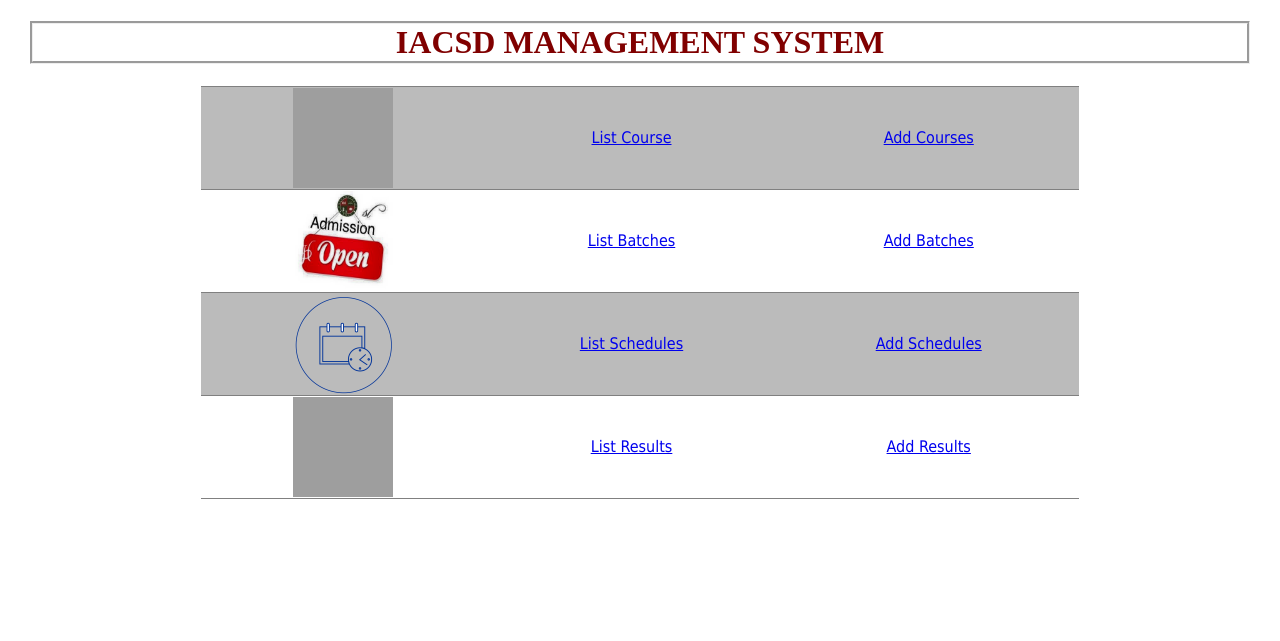
Repository: vsc8791/IMS
Page: http://localhost/web-customer-tracker/
The author's editor kept a copy of each file at every save. The page is drawn from the files as they stood at one save, then again after the next save.
The browser window is 1280 px wide. The pictures show the whole page.
Pictures or frames that could not be fetched are drawn as grey boxes. The page is served by Tomcat 9.

Above is the page before, as saved 2018-07-29 08:49:14.

After the next save:
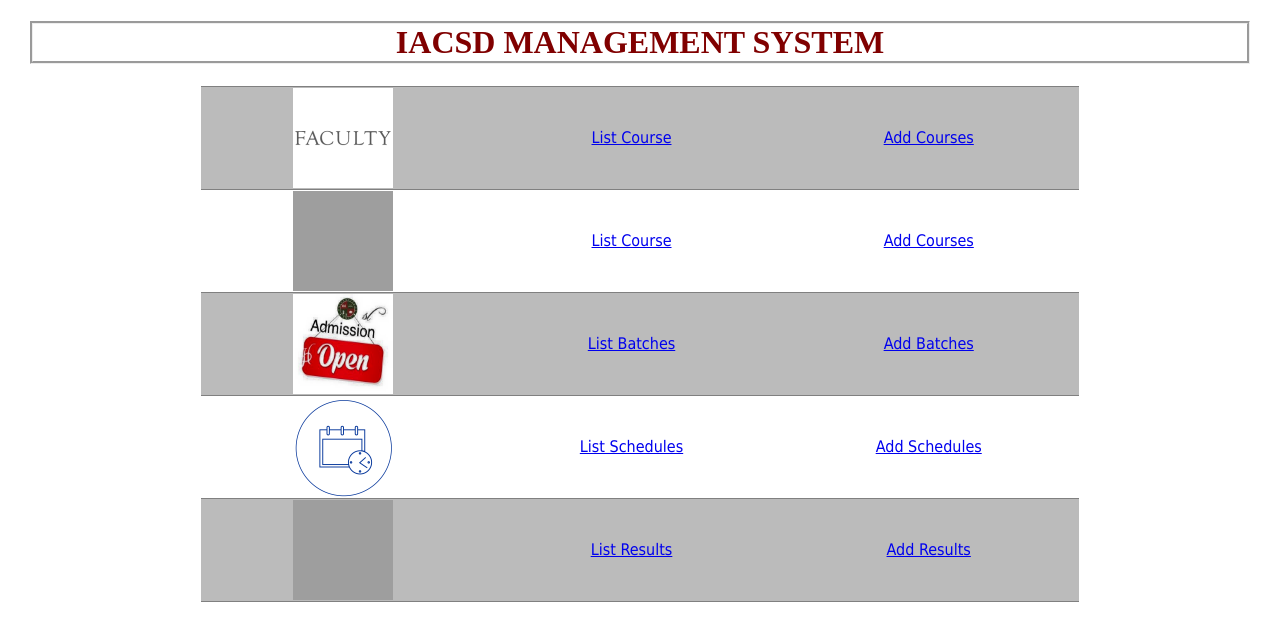
Saved 4 min 58 s later.
--- a/web-customer-tracker/WebContent/index.jsp
+++ b/web-customer-tracker/WebContent/index.jsp
@@ -33,6 +33,17 @@
 	<%-- <img src="${pageContext.request.contextPath}/images/courses.jpg" /> --%>
 
 	<table align="center">
+	<tr>
+			<td><img
+				src="${pageContext.request.contextPath}/images/faculty.png"
+				height="100px" width="100px" /></td>
+			<td><a
+				href="http://localhost:8082/web-customer-tracker/faculty/list">List
+					Course</a><br></td>
+			<td><a
+				href="http://localhost:8082/web-customer-tracker/faculty/showFormForAdd">Add
+					Courses</a><br></td>
+		</tr>
 		<tr>
 			<td><img
 				src="${pageContext.request.contextPath}/images/courses.jpg"
